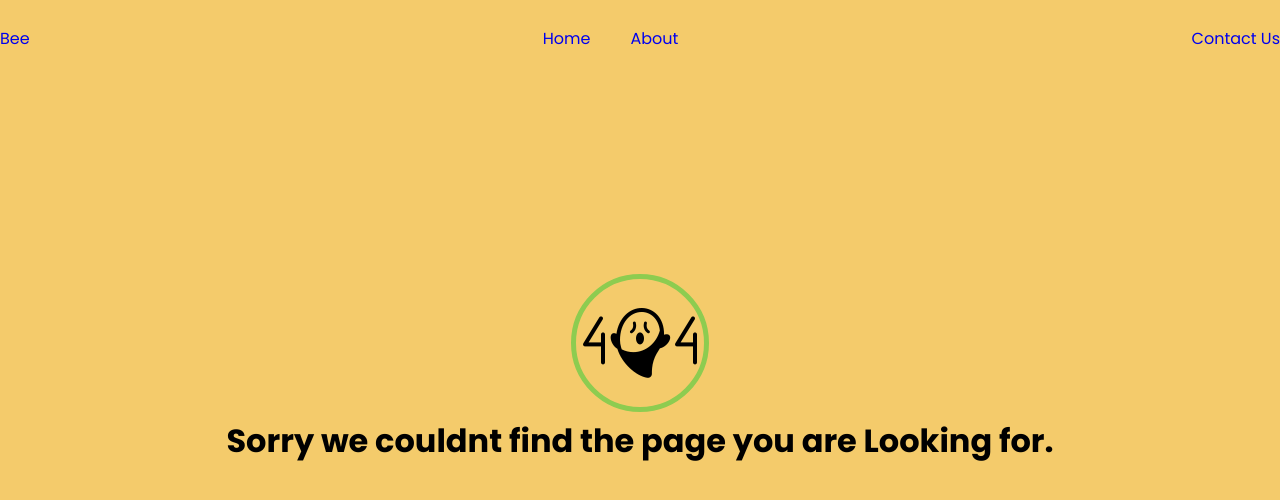
Repository: ble-syn/Random-user-generator-app
Page: /not-found
These files come from the project's save history. The page is drawn as it stood at one moment and after the next save; the edit follows.
The browser window is 1280 px wide. The pictures show the whole page.
The project was rebuilt for these pictures with package versions that can differ from the ones it lists, and the page was loaded fresh each time. Also part of the build but not shown: src/components/pagination.jsx, src/components/ErrorFallback.jsx, src/components/User.jsx, src/pages/Home.jsx, src/pages/About.jsx, src/pages/Policy.jsx, src/pages/Terms.jsx, src/pages/Contact.jsx.

Above is the page before, as saved 2022-10-28 17:26:38.

After the next save:
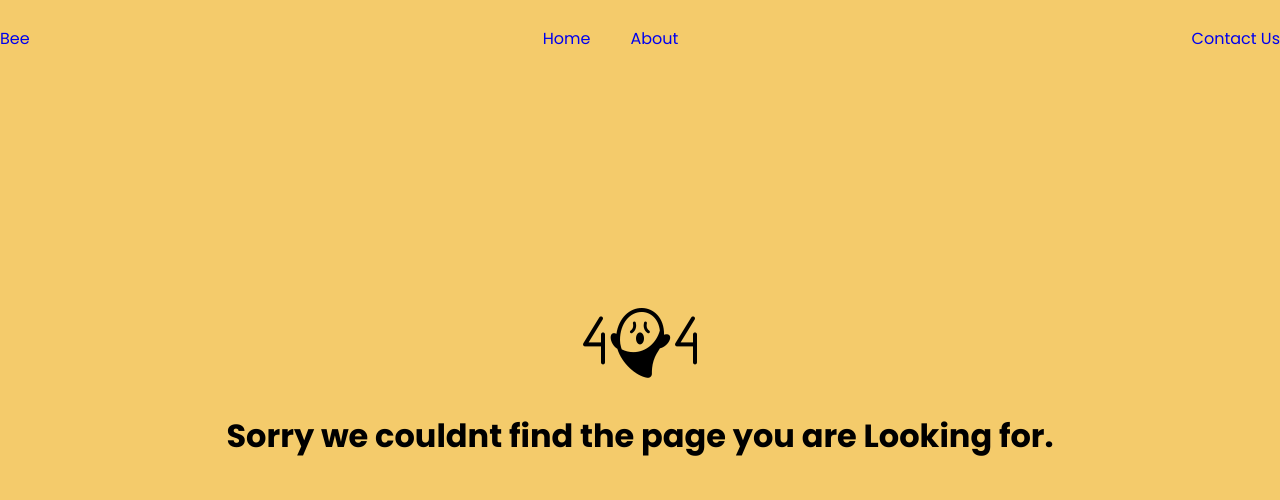
Saved 3 min 8 s later.
--- a/src/index.css
+++ b/src/index.css
@@ -165,3 +165,6 @@ img {
   font-size: 2rem;
   font-weight: 700;
 }
+.notfound img{
+  border: none;
+}
